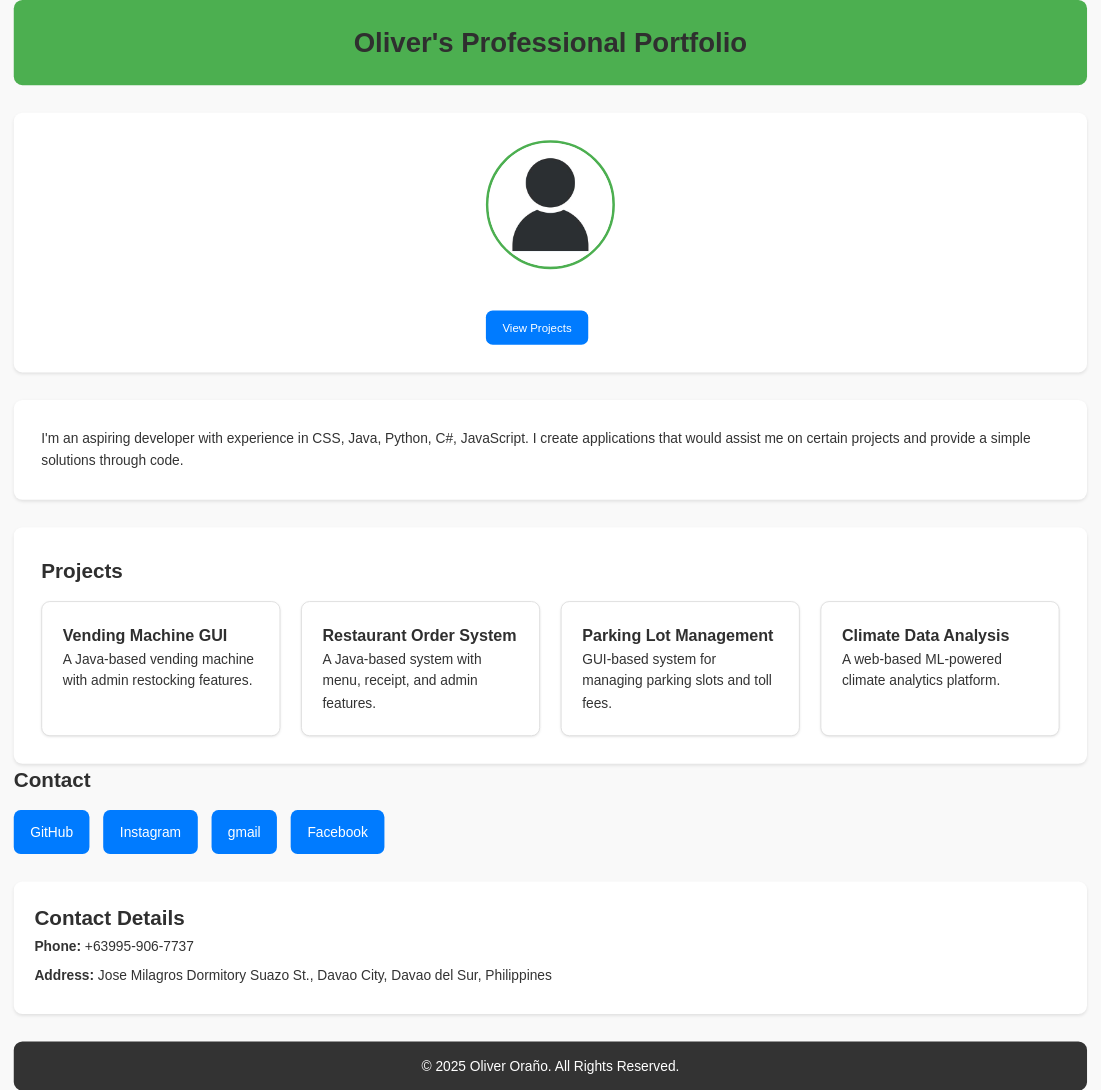
Repository: nightmar3fuel/portfolio.html
Page: my.html
These files come from the project's save history. The page is drawn as it stood at one moment and after the next save; the edit follows.
The browser window is 1280 px wide. The pictures show the whole page, at 86% of full size.

Above is the page before, as saved 2025-02-06 14:19:53.

After the next save:
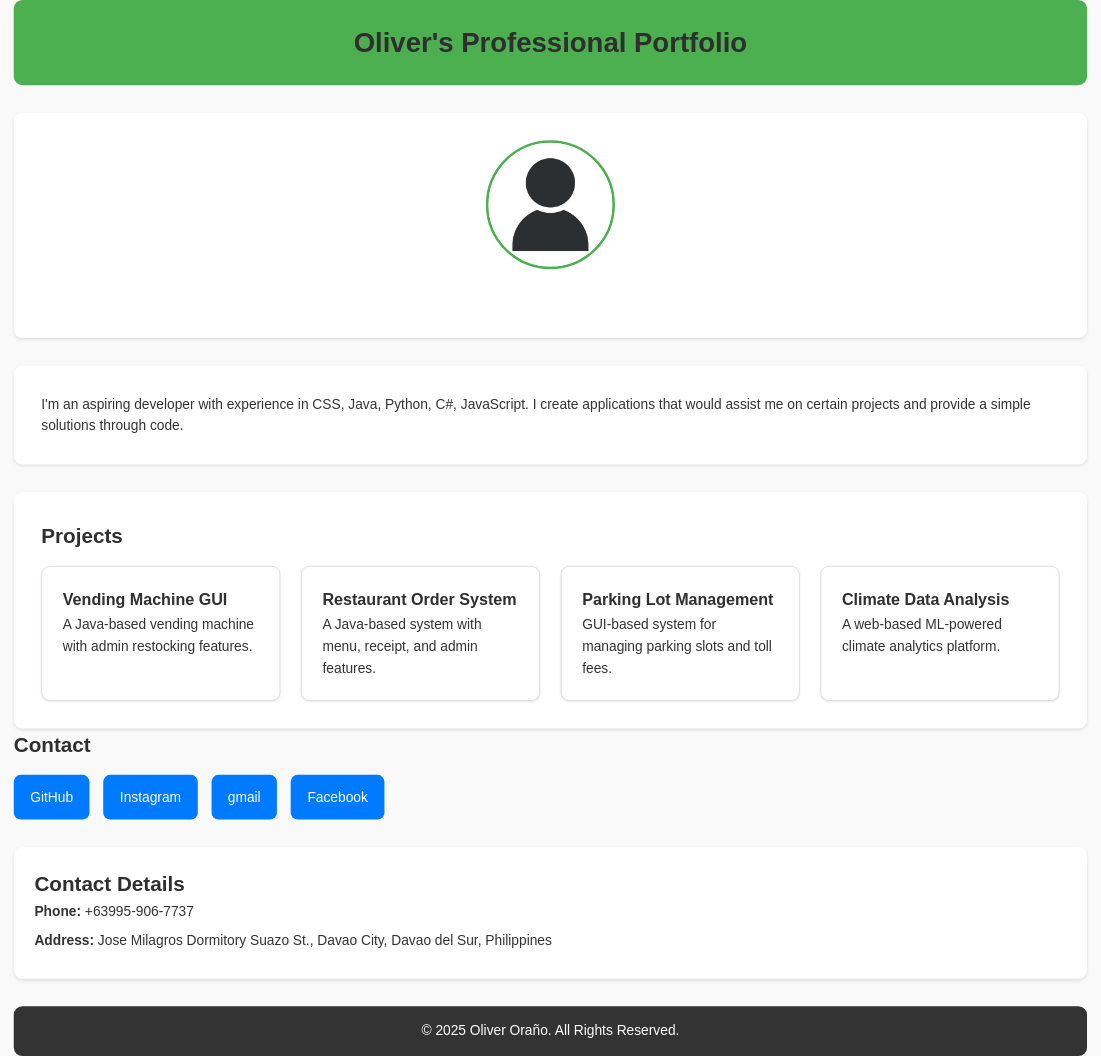
Saved 40 s later.
--- a/my.html
+++ b/my.html
@@ -16,7 +16,6 @@
         <div class="profile-container">
             <img src="human.jpg" alt="Profile Picture" class="profile-picture">
             <p class="profile-description"></p>
-            <button class="view-projects-btn" onclick="window.location.href='projects.html'">View Projects</button>
         </div>
     </section>
     <section id="about">
